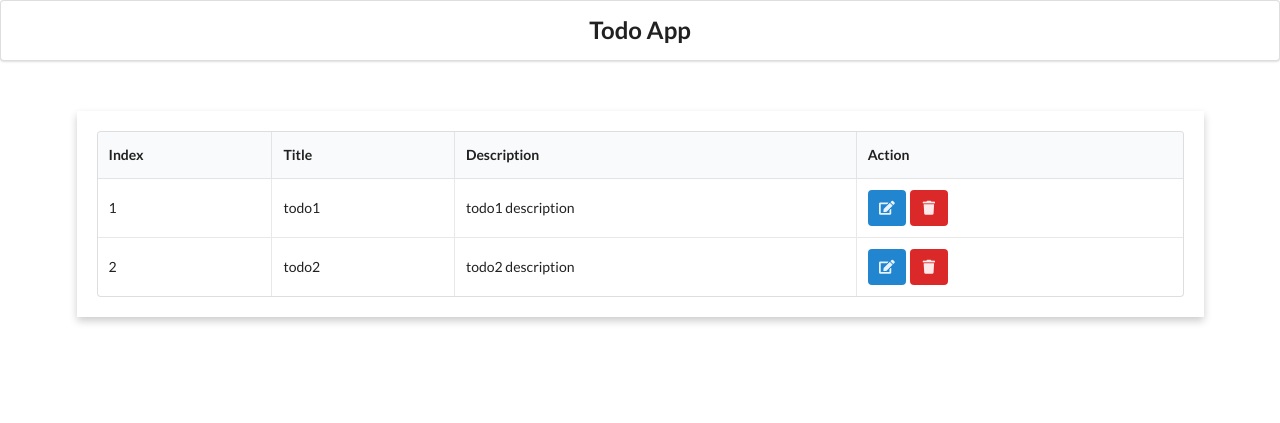
Repository: Wahid137/todo-app
Page: /
The author's editor kept a copy of each file at every save. The page is drawn from the files as they stood at one save, then again after the next save.
The browser window is 1280 px wide. The pictures show the whole page.
The project was rebuilt for these pictures with package versions that can differ from the ones it lists, and the page was loaded fresh each time. Also part of the build but not shown: src/App.css, src/index.css.

Above is the page before, as saved 2024-05-03 10:16:15.

### src/index.js
import React from 'react';
import ReactDOM from 'react-dom/client';
import 'semantic-ui-css/semantic.min.css';
import App from './App';
import './index.css';
import reportWebVitals from './reportWebVitals';

const root = ReactDOM.createRoot(document.getElementById('root'));
root.render(
  <React.StrictMode>
    <App />
  </React.StrictMode>
);

// If you want to start measuring performance in your app, pass a function
// to log results (for example: reportWebVitals(console.log))
// or send to an analytics endpoint. Learn more: https://bit.ly/CRA-vitals
reportWebVitals();

### src/App.js
import './App.css';
import TodoListPage from './components/TodoListPage';

function App() {
  return (
    <TodoListPage />
  );
}

export default App;

### src/components/TodoListPage.js
import React, { useState } from 'react';
import { Button, Container, Icon, Segment, Table } from 'semantic-ui-react';

const TodoListPage = () => {
    const initialTodos = [
        { id: 1, title: "todo1", description: "todo1 description" },
        { id: 2, title: "todo2", description: "todo2 description" }
    ];

    const [todos, setTodos] = useState(initialTodos);

    const handleDelete = (id) => {
        setTodos(todos.filter(todo => todo.id !== id));
    };

    return (
        <div>
            <Segment style={{ marginTop: '20px', margin: 'auto' }}>
                <h2 style={{ textAlign: 'center' }}>Todo App</h2>
            </Segment>
            <Container style={{ boxShadow: '0 4px 8px 0 rgba(0, 0, 0, 0.2)', padding: '20px', marginTop: '50px' }}>
                <div>
                    <Table celled>
                        <Table.Header>
                            <Table.Row>
                                <Table.HeaderCell>Index</Table.HeaderCell>
                                <Table.HeaderCell>Title</Table.HeaderCell>
                                <Table.HeaderCell>Description</Table.HeaderCell>
                                <Table.HeaderCell>Action</Table.HeaderCell>
                            </Table.Row>
                        </Table.Header>

                        <Table.Body>
                            {todos.map((todo, index) => (
                                <Table.Row key={todo.id}>
                                    <Table.Cell>{index + 1}</Table.Cell>
                                    <Table.Cell>{todo.title}</Table.Cell>
                                    <Table.Cell>{todo.description}</Table.Cell>
                                    <Table.Cell>
                                        <Button icon color='blue'>
                                            <Icon name='edit' />
                                        </Button>
                                        <Button icon color='red' onClick={() => handleDelete(todo.id)}>
                                            <Icon name='trash' />
                                        </Button>
                                    </Table.Cell>
                                </Table.Row>
                            ))}
                        </Table.Body>
                    </Table>
                </div>
            </Container>
        </div>
    );
};

export default TodoListPage;

Loaded but not shown: public/index.html (common file); src/reportWebVitals.js (common file)

After the next save:
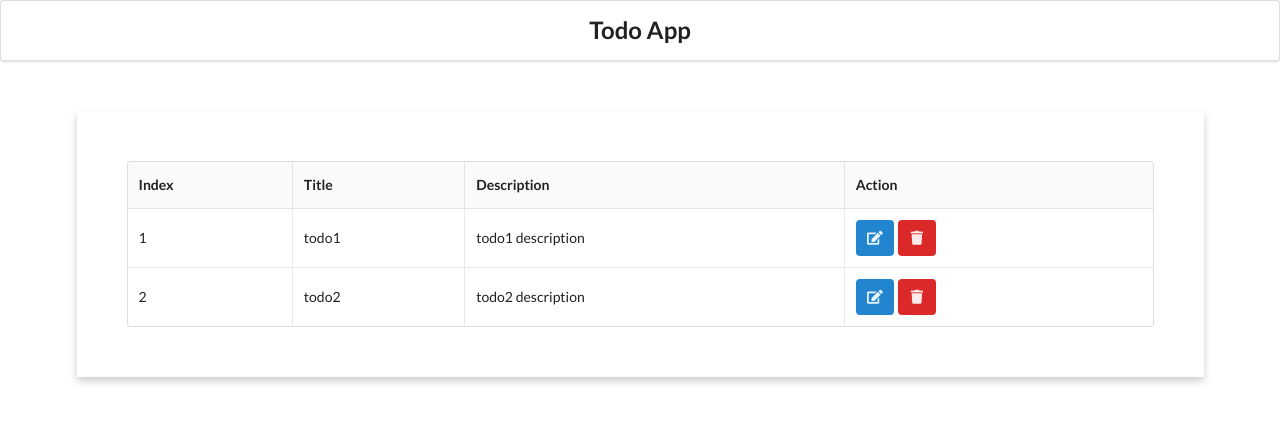
Saved 45 s later.
--- a/src/components/TodoListPage.js
+++ b/src/components/TodoListPage.js
@@ -18,7 +18,7 @@ const TodoListPage = () => {
             <Segment style={{ marginTop: '20px', margin: 'auto' }}>
                 <h2 style={{ textAlign: 'center' }}>Todo App</h2>
             </Segment>
-            <Container style={{ boxShadow: '0 4px 8px 0 rgba(0, 0, 0, 0.2)', padding: '20px', marginTop: '50px' }}>
+            <Container style={{ boxShadow: '0 4px 8px 0 rgba(0, 0, 0, 0.2)', padding: '50px', marginTop: '50px' }}>
                 <div>
                     <Table celled>
                         <Table.Header>
